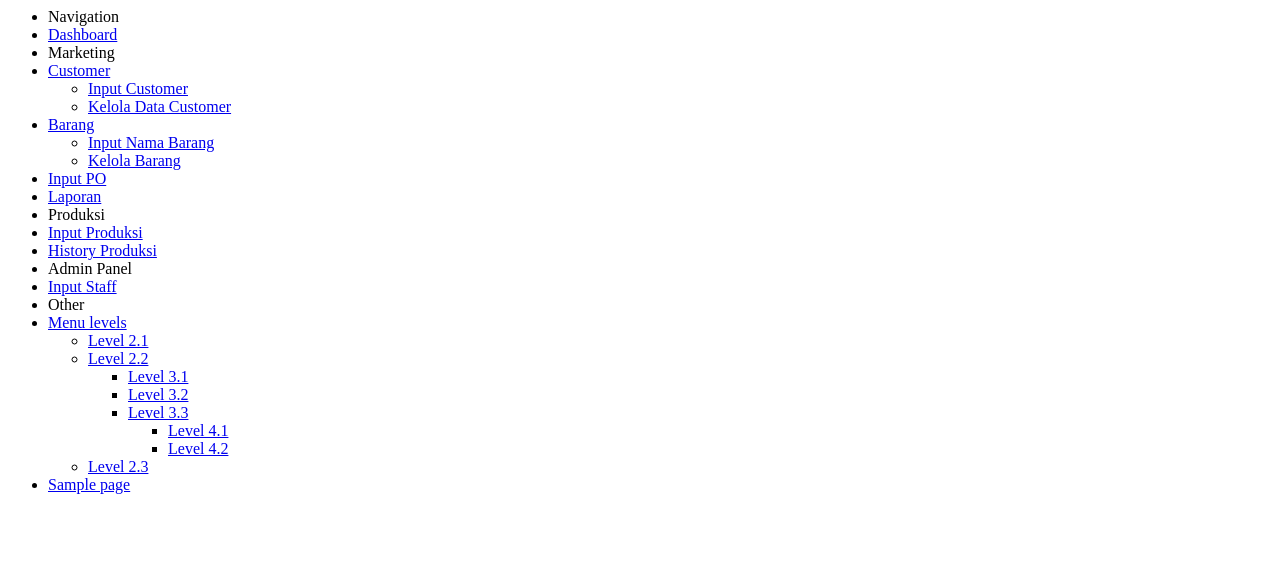
Repository: FUPEL/RDP
Page: src/html/layouts/menu-list.html
The author's editor kept a copy of each file at every save. The page is drawn from the files as they stood at one save, then again after the next save.
The browser window is 1280 px wide. The pictures show the whole page.

Above is the page before, as saved 2025-07-31 10:44:41.

After the next save:
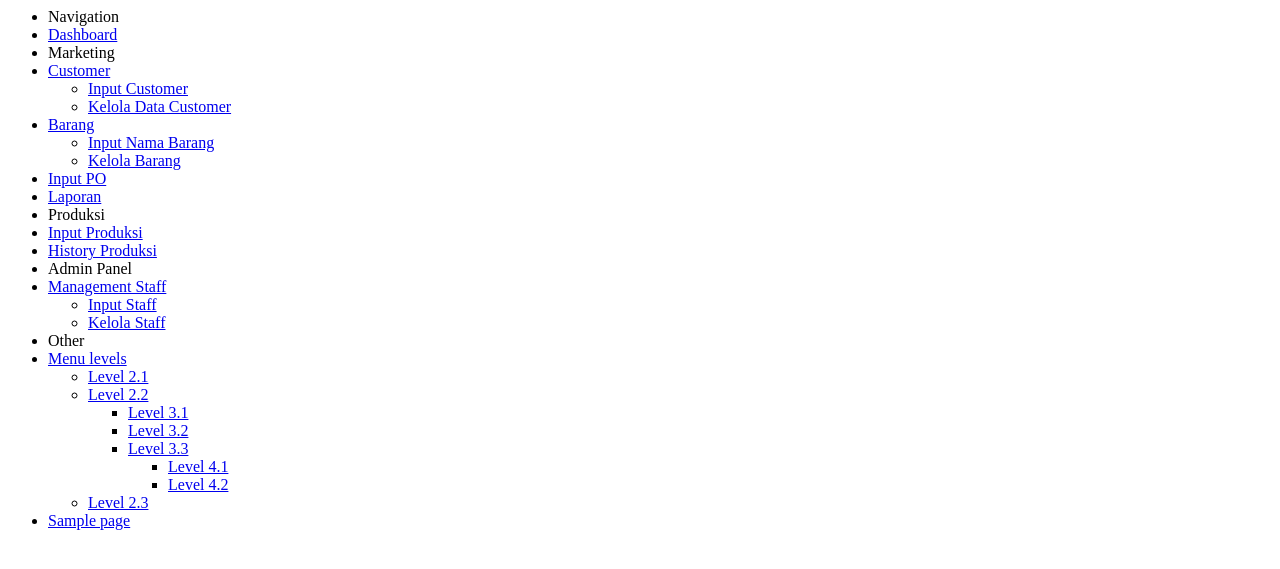
Saved 23 s later.
--- a/src/html/layouts/menu-list.html
+++ b/src/html/layouts/menu-list.html
@@ -92,15 +92,26 @@
   <!-- ============== KODE BARU DITAMBAHKAN DI SINI ============== -->
   <li class="pc-item pc-caption" data-role="Direktur">
     <label>Admin Panel</label>
-    <i data-feather="user-cog"></i>
+    <i data-feather="user-check"></i>
   </li>
-  <li class="pc-item" data-role="Direktur">
-    <a href="../pages/input-staff.html" class="pc-link">
+  <li class="pc-item pc-hasmenu" data-role="Direktur">
+    <a href="#!" class="pc-link">
       <span class="pc-micon">
-        <i data-feather="user-plus"></i>
+        <i data-feather="users"></i>
       </span>
-      <span class="pc-mtext">Input Staff</span>
+      <span class="pc-mtext">Management Staff</span>
+      <span class="pc-arrow">
+        <i data-feather="chevron-right"></i>
+      </span>
     </a>
+    <ul class="pc-submenu">
+      <li class="pc-item">
+        <a class="pc-link" href="../pages/input-staff.html">Input Staff</a>
+      </li>
+      <li class="pc-item">
+        <a class="pc-link" href="../pages/kelola-staff.html">Kelola Staff</a>
+      </li>
+    </ul>
   </li>
   <!-- ========================================================= -->
 
